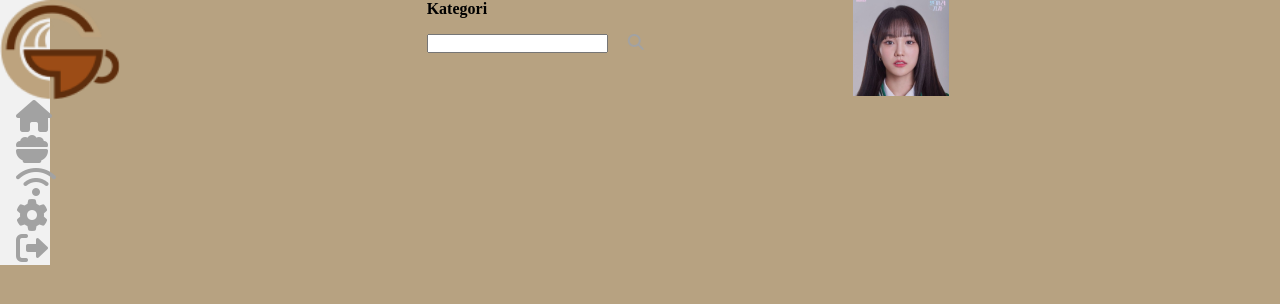
Repository: DanielChuaaa/sbd2
Page: index.html
An editor plug-in stored every save of this project. The page is shown before and after a run of saves, followed by the edit.
The browser window is 1280 px wide. The pictures show the whole page.
Some web libraries are served in a nearby version.

Above is the page before, as saved 2023-10-20 10:08:19.

### index.html
<!DOCTYPE html>
<html lang="en">
<head>
    <meta charset="UTF-8">
    <meta name="viewport" content="width=device-width, initial-scale=1.0">
    <title>Document</title>
    <link href="https://fonts.googleapis.com/css2?family=Roboto+Mono:wght@400;600;700&display=swap" rel="stylesheet" />
    <link
      rel="stylesheet"
      href="https://cdnjs.cloudflare.com/ajax/libs/font-awesome/6.1.2/css/all.min.css"
      integrity="sha512-1sCRPdkRXhBV2PBLUdRb4tMg1w2YPf37qatUFeS7zlBy7jJI8Lf4VHwWfZZfpXtYSLy85pkm9GaYVYMfw5BC1A=="
      crossorigin="anonymous"
      referrerpolicy="no-referrer"
    />
    <link rel="stylesheet" href="style.css">
</head>
<body>
    <div class="container">
        <div class="grid-wrapper">
            <div class="icon">
                <img src="/assets/logo projek SBD 1.png" width="120px" height="100px" alt="logo">
                <a href="#"><i class="fa-solid fa-house fa-2xl"></i></a>
                <a href="#"><i class="fa-solid fa-bowl-food fa-2xl"></i></a>
                <a href="#"><i class="fa-solid fa-wifi fa-2xl"></i></a>
                <a href="#"><i class="fa-solid fa-gear fa-2xl"></i></a>
                <a href="#"><i class="fa-solid fa-right-from-bracket fa-2xl"></i></a>
            </div>

            <div class="content">
                <div class="nav">
                    <h4>Kategori</h4>
                    <input type="text" name="text" id="text">
                    <i class="fa-solid fa-magnifying-glass"></i>
                </div>

                <div class="menu"></div>
            </div>

            <div class="order">
                <img src="/assets/g_8___8_idola_cantik_berbakat_alumni_sm_entertainment_yang_sudah_debut_di_girlgroup_agensi_lain_p_eks_sm_trainee-20220408-001-non_fotografer_kly 1.png" alt="">
            </div>
        </div>
    </div>
</body>
</html>

### style.css
:root{
    --clr-primary-100: #B7A281;

    --clr-neutral-100: #A2A2A2;
    --clr-neutral-200: #D9D9D9;
    --clr-neutral-300: #F8F8F8;
    --clr-neutral-400: #f1f1f1;

    --ff: "Roboto Mono", monospace;

    --fw-regular: 400;
    --fw-semi-bold: 600;
    --fw-bold: 700;
}

*{
    box-sizing: border-box;
    margin: 0;
    padding: 0;
}

body{
    background-color: #B7A281;
}

.grid-wrapper{
    display: grid;
    grid-template-columns: 1fr 1fr 1fr;
}

.icon{
    background: var(--clr-neutral-400);

    display: flex;
    flex-direction: column;
    justify-content: space-evenly;
    width: 50px;
}

.fa-solid{
    color: var(--clr-neutral-100);
    padding: 1rem;
}

After the next 2 saves:
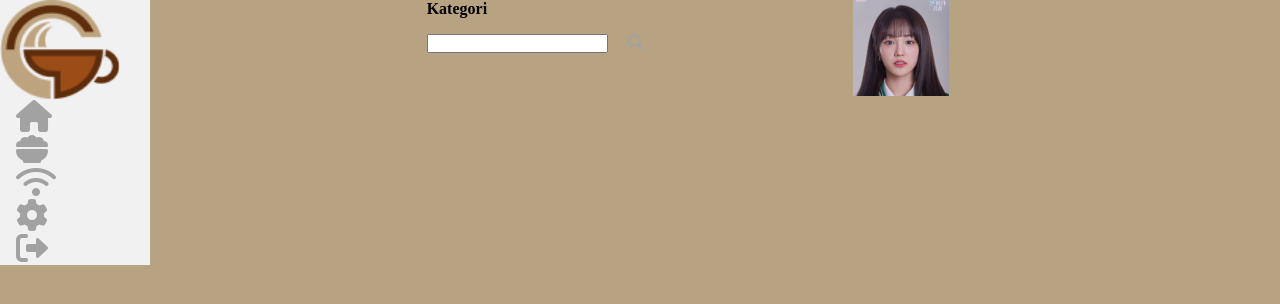
The 2 saves are shown as one change because they came seconds apart.
The last was saved 13 s later.
--- a/style.css
+++ b/style.css
@@ -34,7 +34,7 @@ body{
     display: flex;
     flex-direction: column;
     justify-content: space-evenly;
-    width: 50px;
+    max-width: 150px;
 }
 
 .fa-solid{
